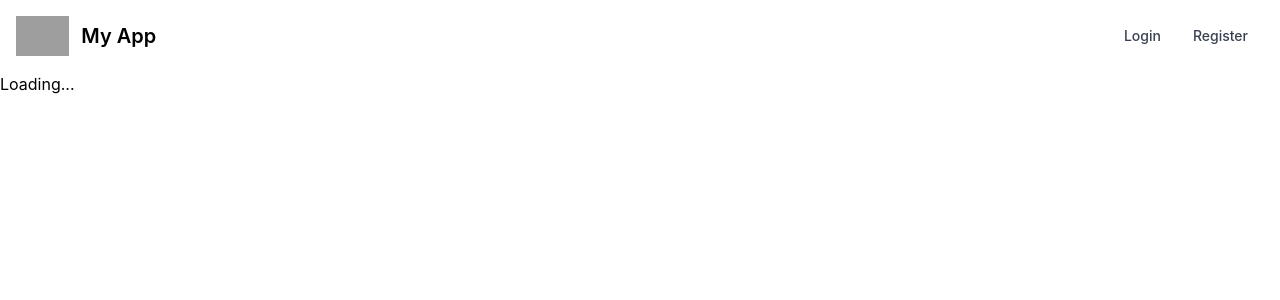
Repository: HiteshKumarMeghwar/GoLangFinalProject
Page: /wheather_data (app in react-auth-2/)
These files come from the project's save history. The page is drawn as it stood at one moment and after the next save; the edit follows.
The browser window is 1280 px wide. The pictures show the whole page.
Pictures or frames that could not be fetched are drawn as grey boxes. The page's requests for data from a server got no answer. Some web libraries are served in a nearby version. The project was rebuilt for these pictures with package versions that can differ from the ones it lists, and the page was loaded fresh each time. No one was signed in, and anything a server would have sent is missing. Also part of the build but not shown: react-auth-2/src/pages/Home.jsx, react-auth-2/src/pages/Login.jsx, react-auth-2/src/pages/Register.jsx, react-auth-2/src/pages/PersonalBlog.jsx, react-auth-2/src/pages/AllUsers.jsx, react-auth-2/src/pages/CreateBlog.jsx, react-auth-2/src/pages/BlogDetail.jsx, react-auth-2/src/pages/UserDetail.jsx and 5 more.

Above is the page before, as saved 2023-02-16 17:52:37.

### react-auth-2/public/index.html
<!DOCTYPE html>
<html lang="en">
  <head>
    <meta charset="utf-8" />
    <link rel="icon" href="%PUBLIC_URL%/favicon.ico" />
    <meta name="viewport" content="width=device-width, initial-scale=1" />
    <meta name="theme-color" content="#000000" />
    <meta
      name="description"
      content="Web site created using create-react-app"
    />
    <link rel="apple-touch-icon" href="%PUBLIC_URL%/logo192.png" />
    <!--
      manifest.json provides metadata used when your web app is installed on a
      user's mobile device or desktop. See https://developers.google.com/web/fundamentals/web-app-manifest/
    -->
    <link rel="manifest" href="%PUBLIC_URL%/manifest.json" />
    <!--
      Notice the use of %PUBLIC_URL% in the tags above.
      It will be replaced with the URL of the `public` folder during the build.
      Only files inside the `public` folder can be referenced from the HTML.

      Unlike "/favicon.ico" or "favicon.ico", "%PUBLIC_URL%/favicon.ico" will
      work correctly both with client-side routing and a non-root public URL.
      Learn how to configure a non-root public URL by running `npm run build`.
    -->
    <script src="https://cdn.tailwindcss.com"></script>
    <script src="js/main.js"></script>
    <title>React App</title>
  </head>
  <body>
    <noscript>You need to enable JavaScript to run this app.</noscript>
    <div id="root"></div>
    <!--
      This HTML file is a template.
      If you open it directly in the browser, you will see an empty page.

      You can add webfonts, meta tags, or analytics to this file.
      The build step will place the bundled scripts into the <body> tag.

      To begin the development, run `npm start` or `yarn start`.
      To create a production bundle, use `npm run build` or `yarn build`.
    -->
  </body>
</html>

### react-auth-2/src/App.js
import React, {useEffect, useState} from 'react';
import { BrowserRouter, Route, Routes } from 'react-router-dom';
// import './App.css';
import Nav from './components/Nav';
// import Navv from './components/Navv';
import Home from './pages/Home';
import Login from './pages/Login';
import Register from './pages/Register';
import PersonalBlog from './pages/PersonalBlog';
import AllUsers from './pages/AllUsers';
import CreateBlog from './pages/CreateBlog';
import BlogDetail from './pages/BlogDetail';
import UserDetail from './pages/UserDetail';
import EditPost from './pages/EditPost';
import UserProfile from './pages/UserProfile';
import EditProfile from './pages/EditProfile';
import EditUser from './pages/EditUser';
import ContactUs from './pages/ContactUs';
import Weather from './pages/Weather';

function App() {
  const [userData, setUserData] = useState();
  const [login, setLogin] = useState(false);
  // window.location.reload();
  useEffect(() => {
    const User = localStorage.getItem("user");
    if (User) {
      setLogin(true);
    }
    const parseUser = JSON.parse(User);
    setUserData(parseUser);
  }, [setUserData]);

  return (
    <div className="App">
      <BrowserRouter >
        <Nav userData={userData} login={login} />
        <main className="form-signin">
          <Routes>
            <Route exact path='/' element={<Home />} />
            <Route exact path='/profile' element={<UserProfile />} />
            <Route exact path='/edit_profile/:id' element={<EditProfile />} />
            <Route exact path='/edit_user/:id' element={<EditUser />} />
            <Route exact path='/login' element={<Login />} />
            <Route exact path='/register' element={<Register />} />
            <Route exact path='/contact_form' element={<ContactUs />} />
            <Route exact path='/personal_posts' element={<PersonalBlog />} />
            <Route exact path='/all_users' element={<AllUsers />} />
            <Route exact path='/all_users/:id' element={<UserDetail />} />
            <Route exact path='/allpost/:id' element={<BlogDetail />} />
            <Route exact path='/create_post' element={<CreateBlog />} />
            <Route exact path='/edit_post/:id' element={<EditPost />} />
            <Route exact path='/wheather_data' element={<Weather />} />
          </Routes>
        </main>
      </BrowserRouter>
    </div>
  );
}

export default App;

### react-auth-2/src/components/Nav.jsx
import React from 'react'
import axios from 'axios'
// import {useSnackbar} from 'react-simple-snackbar'
import { Link, useNavigate } from 'react-router-dom'

function Nav(props) {
  const navigate = useNavigate();

  const logOut = async () => {
    await axios.post(`http://127.0.0.1:8080/api/logout`,
    {withCredentials: true
  }).then(function(response) {
        // handle access .....
        localStorage.removeItem("token")
        localStorage.removeItem("user")
        localStorage.removeItem("isHomePageReloaded")
        navigate("/login");
        window.location.reload();
    }).catch(function(error) {
        // handle error
        console.log(error)
    });
  }

  return (
    <>
      <section>
        <nav className="bg-white border-gray-200 px-2 sm:px-4 py-2.5 rounded dark:bg-gray-900">
          <div className="container flex flex-wrap items-center justify-between mx-auto">
            <Link to="/" className="flex items-center">
                <img src="https://encrypted-tbn0.gstatic.com/images?q=tbn:ANd9GcT-d8t7uANGKHm2xN5PtBAQPkfKJc-UhSjVQLvtS65E&s" className="h-10 mr-3 sm:h-10" alt="Flowbite Logo" />
                <span className="self-center text-xl font-semibold whitespace-nowrap dark:text-white">My App</span>
            </Link>
            <button id="hamburger-button" data-collapse-toggle="navbar-default" type="button" className="inline-flex items-center p-2 ml-3 text-sm text-gray-500 rounded-lg md:hidden hover:bg-gray-100 cursor-pointer focus:ring-gray-200 dark:text-gray-400 dark:hover:bg-gray-700 dark:focus:ring-gray-600" aria-controls="navbar-default" aria-expanded="true">
              <span className="sr-only">Open main menu</span>
              <svg className="w-6 h-6" aria-hidden="true" fill="currentColor" viewBox="0 0 20 20" xmlns="http://www.w3.org/2000/svg"><path fill-rule="evenodd" d="M3 5a1 1 0 011-1h12a1 1 0 110 2H4a1 1 0 01-1-1zM3 10a1 1 0 011-1h12a1 1 0 110 2H4a1 1 0 01-1-1zM3 15a1 1 0 011-1h12a1 1 0 110 2H4a1 1 0 01-1-1z" clip-rule="evenodd"></path></svg>
            </button>
            <div className="hidden w-full md:block md:w-auto" id="navbar-default">
              <ul className="flex flex-col p-4 mt-4 border border-gray-100 rounded-lg bg-gray-50 md:flex-row md:space-x-8 md:mt-0 md:text-sm md:font-medium md:border-0 md:bg-white dark:bg-gray-800 md:dark:bg-gray-900 dark:border-gray-700">
                {props.userData && props.userData.role_id === 1 && (
                    <>
                      <li>
                        <p>Admin</p>
                      </li>
                    </>
                )}
                {props.userData && props.userData.role_id === 2 && (
                    <>
                      <li>
                        <p>Author</p>
                      </li>
                    </>
                )}
                {props.userData && props.userData.role_id === 3 && (
                    <>
                      <li>
                        <p>Student</p>
                      </li>
                    </>
                )}
                {props.userData && (
                  <>
                    <li>
                      <Link to="/profile" style={{color: "blue", fontFamily: "cursive", fontSize: "larger", fontWeight: "bold"}}>
                        {props.userData.first_name} {props.userData.last_name}
                      </Link>
                    </li>
                    <li>
                      -
                    </li>
                    <li>
                      <Link to="/" className="block py-2 pl-3 pr-4 text-white bg-blue-700 rounded md:bg-transparent md:text-blue-700 md:p-0 dark:text-white" aria-current="page">Home</Link>
                    </li>
                    <li>
                      <Link to="/personal_posts" className="block py-2 pl-3 pr-4 text-gray-700 rounded hover:bg-gray-100 md:hover:bg-transparent md:border-0 md:hover:text-blue-700 md:p-0 dark:text-gray-400 md:dark:hover:text-white dark:hover:bg-gray-700 dark:hover:text-white md:dark:hover:bg-transparent">Personal Posts</Link>
                    </li>
                  </>
                )}
                {props.userData && props.userData.role_id === 1 && (
                  <>
                    <li>
                      <Link to="/all_users" className="block py-2 pl-3 pr-4 text-gray-700 rounded hover:bg-gray-100 md:hover:bg-transparent md:border-0 md:hover:text-blue-700 md:p-0 dark:text-gray-400 md:dark:hover:text-white dark:hover:bg-gray-700 dark:hover:text-white md:dark:hover:bg-transparent">All Users</Link>
                    </li>
                  </>
                )}
                {props.userData && props.userData.role_id === 2 && (
                  <>
                    <li>
                      <Link to="/all_users" className="block py-2 pl-3 pr-4 text-gray-700 rounded hover:bg-gray-100 md:hover:bg-transparent md:border-0 md:hover:text-blue-700 md:p-0 dark:text-gray-400 md:dark:hover:text-white dark:hover:bg-gray-700 dark:hover:text-white md:dark:hover:bg-transparent">All Users</Link>
                    </li>
                  </>
                )}
                {props.userData && props.userData.role_id === 3 && (
                  <>
                    <li>
                      <Link to="/contact_form" className="block py-2 pl-3 pr-4 text-gray-700 rounded hover:bg-gray-100 md:hover:bg-transparent md:border-0 md:hover:text-blue-700 md:p-0 dark:text-gray-400 md:dark:hover:text-white dark:hover:bg-gray-700 dark:hover:text-white md:dark:hover:bg-transparent">Contact Us</Link>
                    </li>
                  </>
                )}
                {props.userData && (
                  <>
                    <li>
                      <Link to="/wheather_data" className="block py-2 pl-3 pr-4 text-gray-700 rounded hover:bg-gray-100 md:hover:bg-transparent md:border-0 md:hover:text-blue-700 md:p-0 dark:text-gray-400 md:dark:hover:text-white dark:hover:bg-gray-700 dark:hover:text-white md:dark:hover:bg-transparent">Weather</Link>
                    </li>
                    <li>
                      <button onClick={logOut} className="block py-2 pl-3 pr-4 text-gray-700 rounded hover:bg-gray-100 md:hover:bg-transparent md:border-0 md:hover:text-blue-700 md:p-0 dark:text-gray-400 md:dark:hover:text-white dark:hover:bg-gray-700 dark:hover:text-white md:dark:hover:bg-transparent">
                        Log Out
                      </button>
                    </li>
                  </>
                )}
                {!props.userData && (
                  <>
                    <li>
                      <Link to="/login" className="block py-2 pl-3 pr-4 text-gray-700 rounded hover:bg-gray-100 md:hover:bg-transparent md:border-0 md:hover:text-blue-700 md:p-0 dark:text-gray-400 md:dark:hover:text-white dark:hover:bg-gray-700 dark:hover:text-white md:dark:hover:bg-transparent">Login</Link>
                    </li>
                    <li>
                      <Link to="/register" className="block py-2 pl-3 pr-4 text-gray-700 rounded hover:bg-gray-100 md:hover:bg-transparent md:border-0 md:hover:text-blue-700 md:p-0 dark:text-gray-400 md:dark:hover:text-white dark:hover:bg-gray-700 dark:hover:text-white md:dark:hover:bg-transparent">Register</Link>
                    </li>
                  </>
                )}
              </ul>
            </div>
          </div>
        </nav>
      </section>
      <section id='mobile-menu' className='absolute top-0 bg-black w-full text-5xl flex-col justify-content-center origin-top animate-open-menu hidden'>
        <button className='text-8xl self-end px-6 text-white'>
          &times;
        </button>
        <nav className='flex flex-col min-h-screen items-center py-8' aria-label='mobile'>
          <Link to="/" className='w-full text-center py-6 hover:opacity-90'>Home</Link>
          <Link to="/register" className='w-full text-center py-6 hover:opacity-90'>Register</Link>
          <Link to="/login" className='w-full text-center py-6 hover:opacity-90'>Login</Link>
        </nav>
      </section>
    </>

  )
}

export default Nav

### react-auth-2/src/pages/Weather.jsx
import { useState, useEffect } from 'react';
import axios from 'axios';

const Weather = () => {
    const [weatherData, setWeatherData] = useState(null);
    const [searchWeather, setSearchWeather] = useState("jamshoro");

    useEffect(() => {
        const fetchData = async () => {
            const response = await axios.post(`http://localhost:8080/api/weatherData/${searchWeather}`);
            setWeatherData(response.data);
        };
        fetchData();
    }, []);

    if (!weatherData) {
        return <div>Loading...</div>;
    }

    const temperature = weatherData.temp;
    const weather = weatherData.weather;
    const location = weatherData.location;
    const weatherIcon = weatherData.weatherIcon;

    return (
        <div className="bg-gray-200 rounded-lg p-4">
        <h2 className="text-2xl font-semibold mb-2">{location}</h2>
        <div className="flex items-center">
            <img src={`http://openweathermap.org/img/w/${weatherIcon}.png`} alt={weather} className="w-16 h-16 mr-4" />
            <div>
            <div className="text-4xl font-bold">{temperature}&deg;C</div>
            <div className="text-xl">{weather}</div>
            </div>
        </div>
        </div>
    );
};

export default Weather;

### react-auth-2/public/js/main.js
const initApp = () => {
    const hamburgBtn = document.getElementById('hamburger-button')
    const mobileMenu = document.getElementById('mobile-menu')
    const toggleMenu = () => {
        mobileMenu.classList.toggle('hidden')
        mobileMenu.classList.toggle('flex')
    }
    hamburgBtn.addEventListener('click', toggleMenu)
    mobileMenu.addEventListener('click', toggleMenu)
}

document.addEventListener('DOMContentLoaded', initApp)

Loaded but not shown: react-auth-2/src/index.js (common file); react-auth-2/src/index.css (common file); react-auth-2/src/reportWebVitals.js (common file)

After the next save:
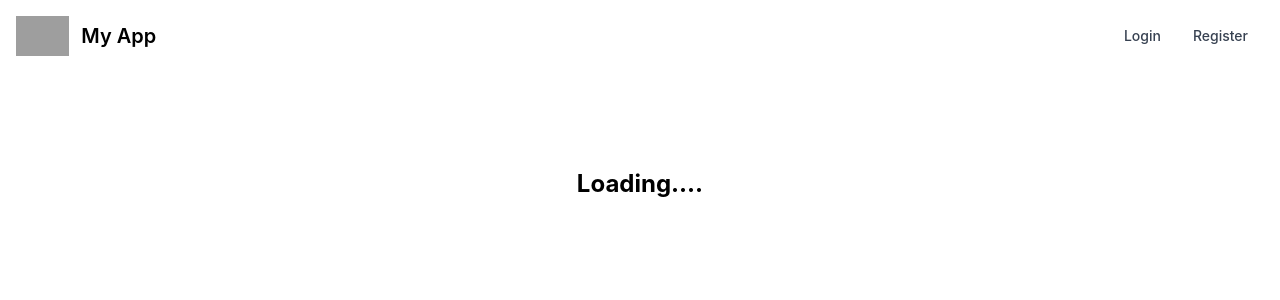
Saved 48 s later.
--- a/react-auth-2/src/pages/Weather.jsx
+++ b/react-auth-2/src/pages/Weather.jsx
@@ -14,7 +14,9 @@ const Weather = () => {
     }, []);
 
     if (!weatherData) {
-        return <div>Loading...</div>;
+        return <div className="text-2xl font-bold text-center px-56 pt-24">
+                    <h1>Loading....</h1>
+                </div>
     }
 
     const temperature = weatherData.temp;
